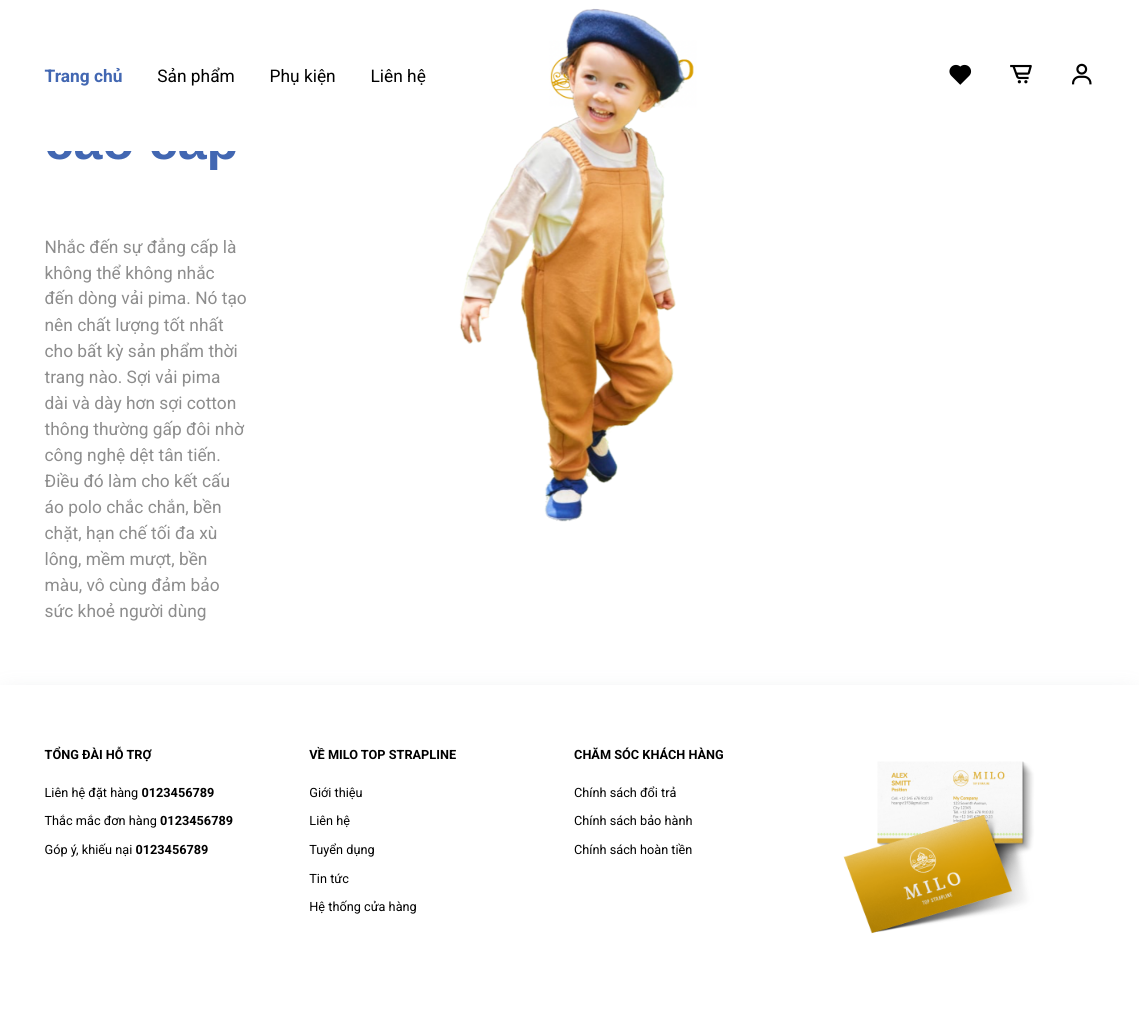
Repository: QuyHoang99k/shop
Page: /
An editor plug-in stored every save of this project. The page is shown before and after the next save, followed by the edit.
The browser window is 1280 px wide. The pictures show the whole page, at 89% of full size.
The project was rebuilt for these pictures with package versions that can differ from the ones it lists, and the page was loaded fresh each time. Also part of the build but not shown: src/pages/Catalog.jsx, src/pages/Cart.jsx, src/pages/Product.jsx.

Above is the page before, as saved 2021-10-16 15:12:52.

After the next save:
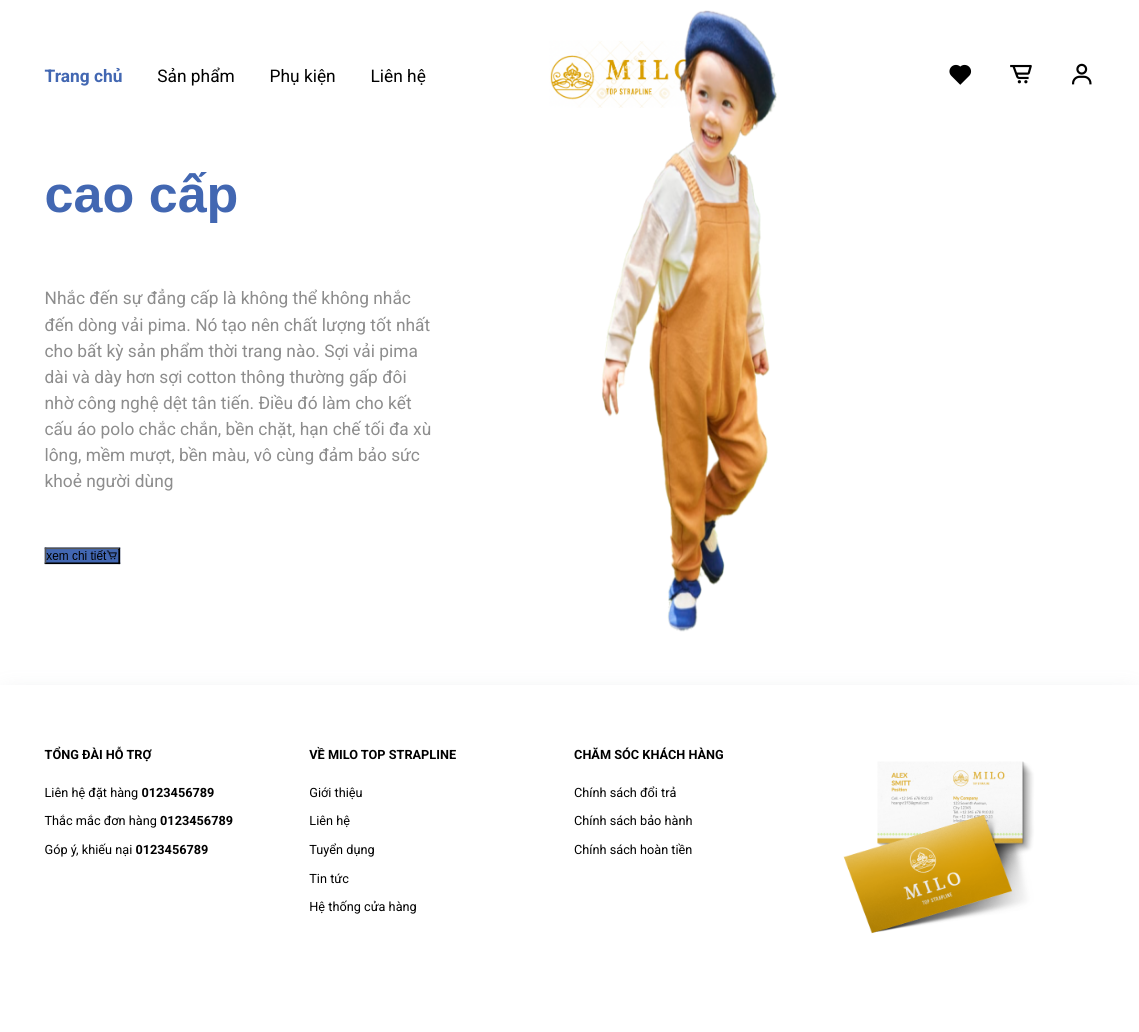
Saved 8 s later.
--- a/src/sass/components/_hero-slider.scss
+++ b/src/sass/components/_hero-slider.scss
@@ -57,7 +57,9 @@
             height: 100%;
             z-index: 99;
             pointer-events: none;
-
+            img{
+                height: 100vh;
+            }
         }
     }
 }
